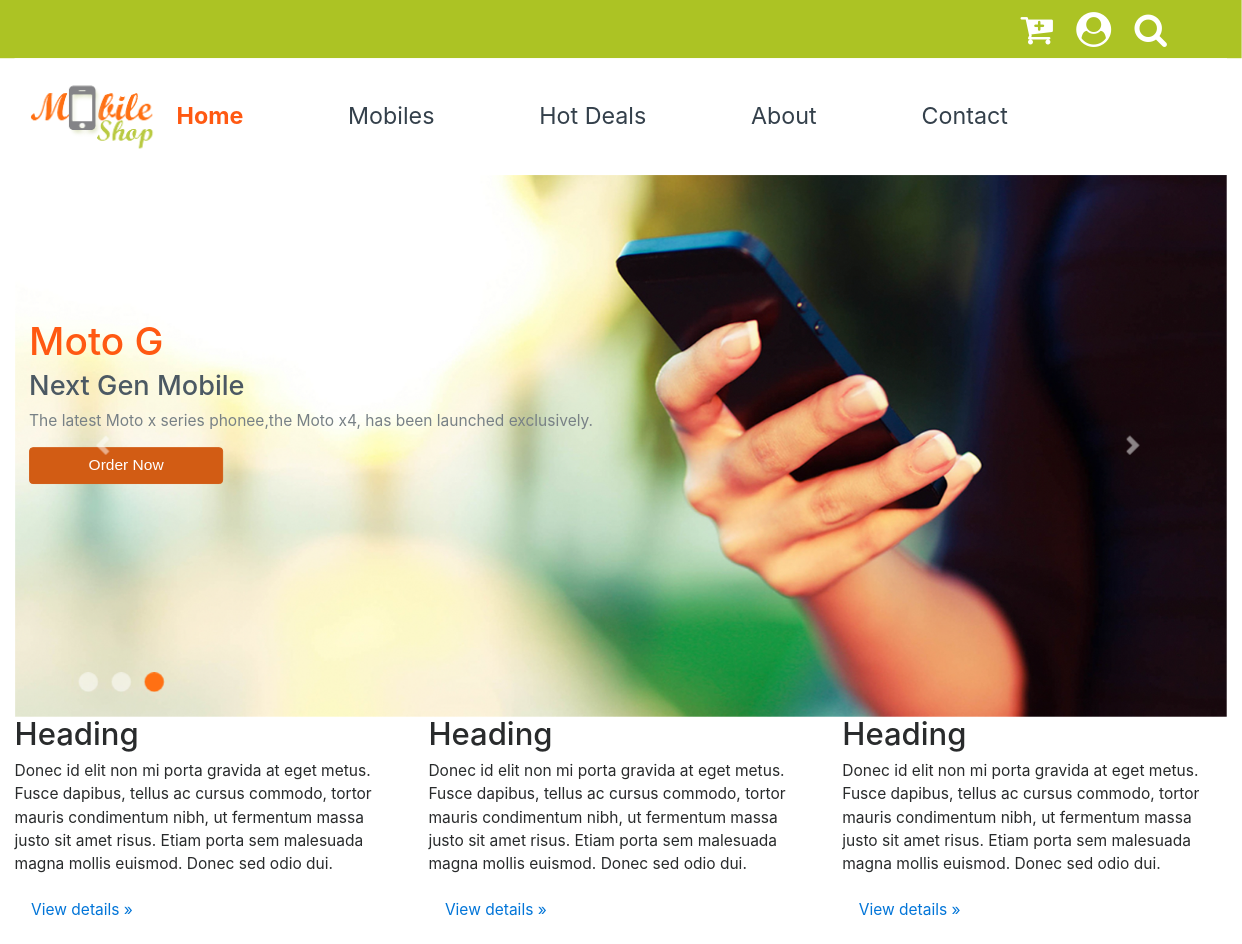
Repository: rajmohanr/mobile
Page: index.html
An editor plug-in stored every save of this project. The page is shown before and after the next save, followed by the edit.
The browser window is 1280 px wide. The pictures show the whole page, at 97% of full size.

Above is the page before, as saved 2018-03-31 13:01:57.
Console error (its wording comes from the project's code and is left out).

After the next save:
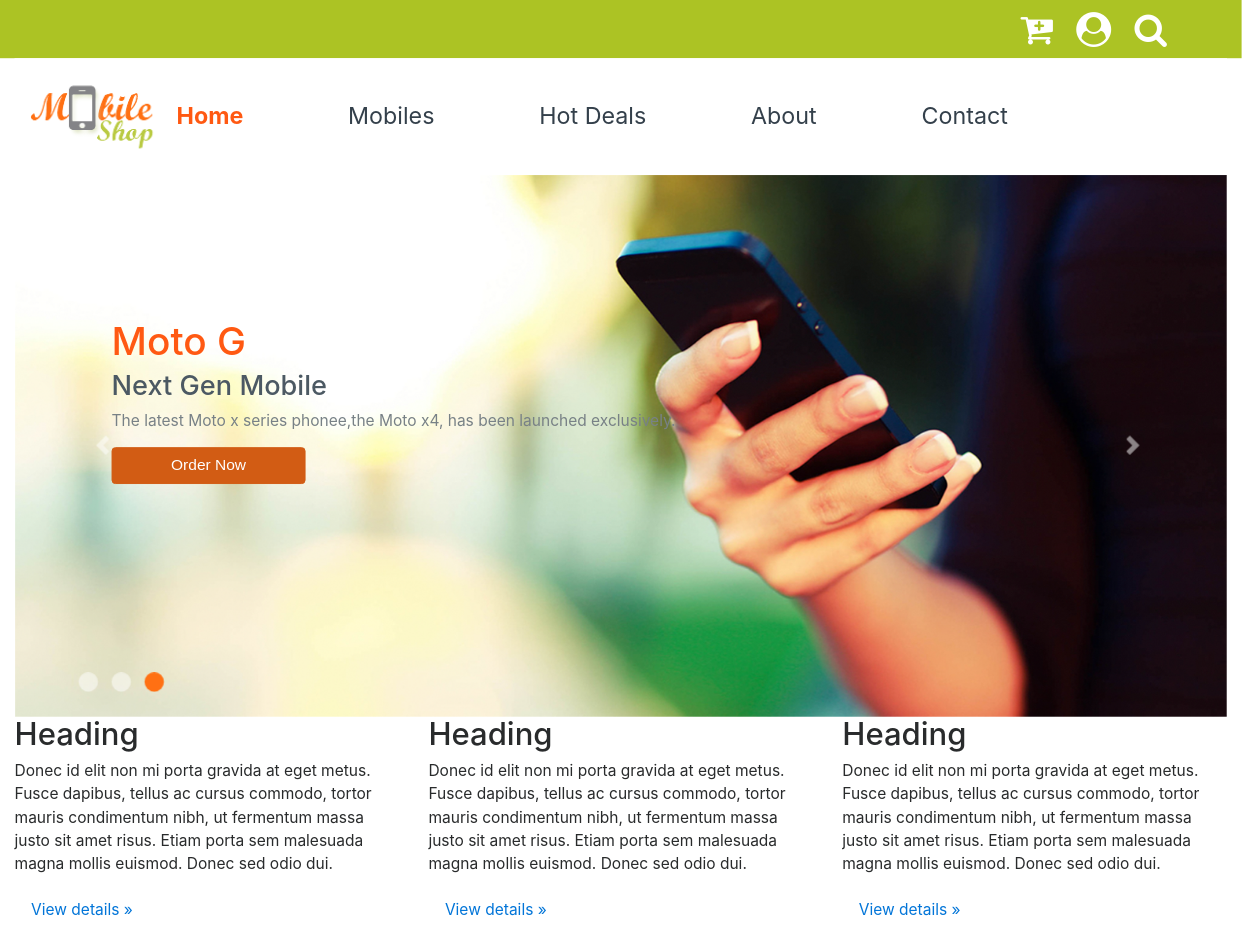
Saved 54 s later.
--- a/css/style.css
+++ b/css/style.css
@@ -35,7 +35,7 @@
 
 .carousel-caption{
     text-align: left!important;
-    left: 15px!important;
+    left: 100px!important;
     bottom: 0px!important;
     top:130px!important;
 }
